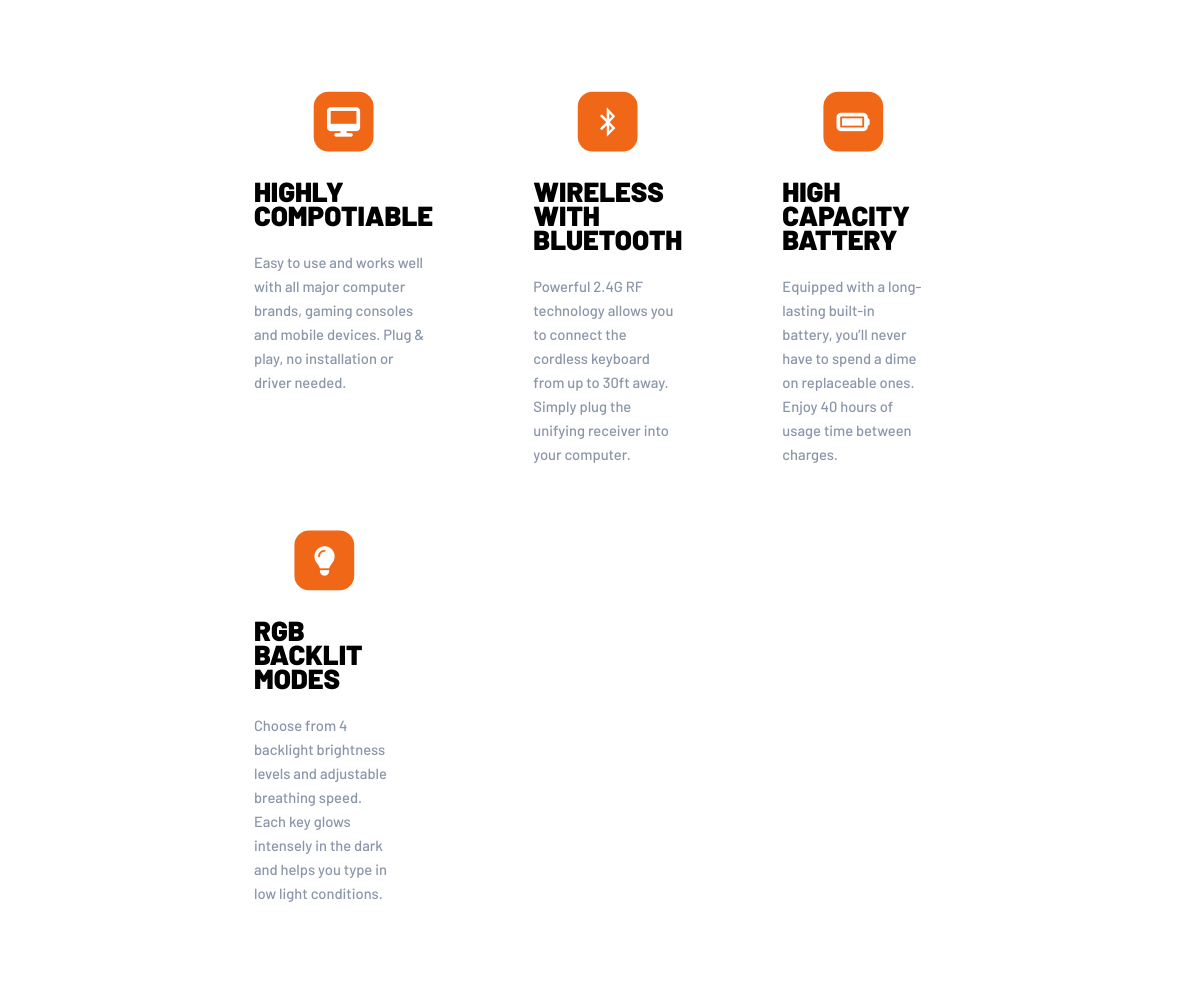
Repository: PeriAksoy/Figma
Page: figma1.html
These files come from the project's save history. The page is drawn as it stood at one moment and after the next save; the edit follows.
The browser window is 1280 px wide. The pictures show the part of the page from y = 1841 to 2925 px (the page is 2925 px tall before and 2915 px after), at 92% of full size.
A picture or video elsewhere on the page could not be fetched, so the positions and the page height are approximate.

Above is the page before, as saved 2024-07-03 23:26:31.

After the next save:
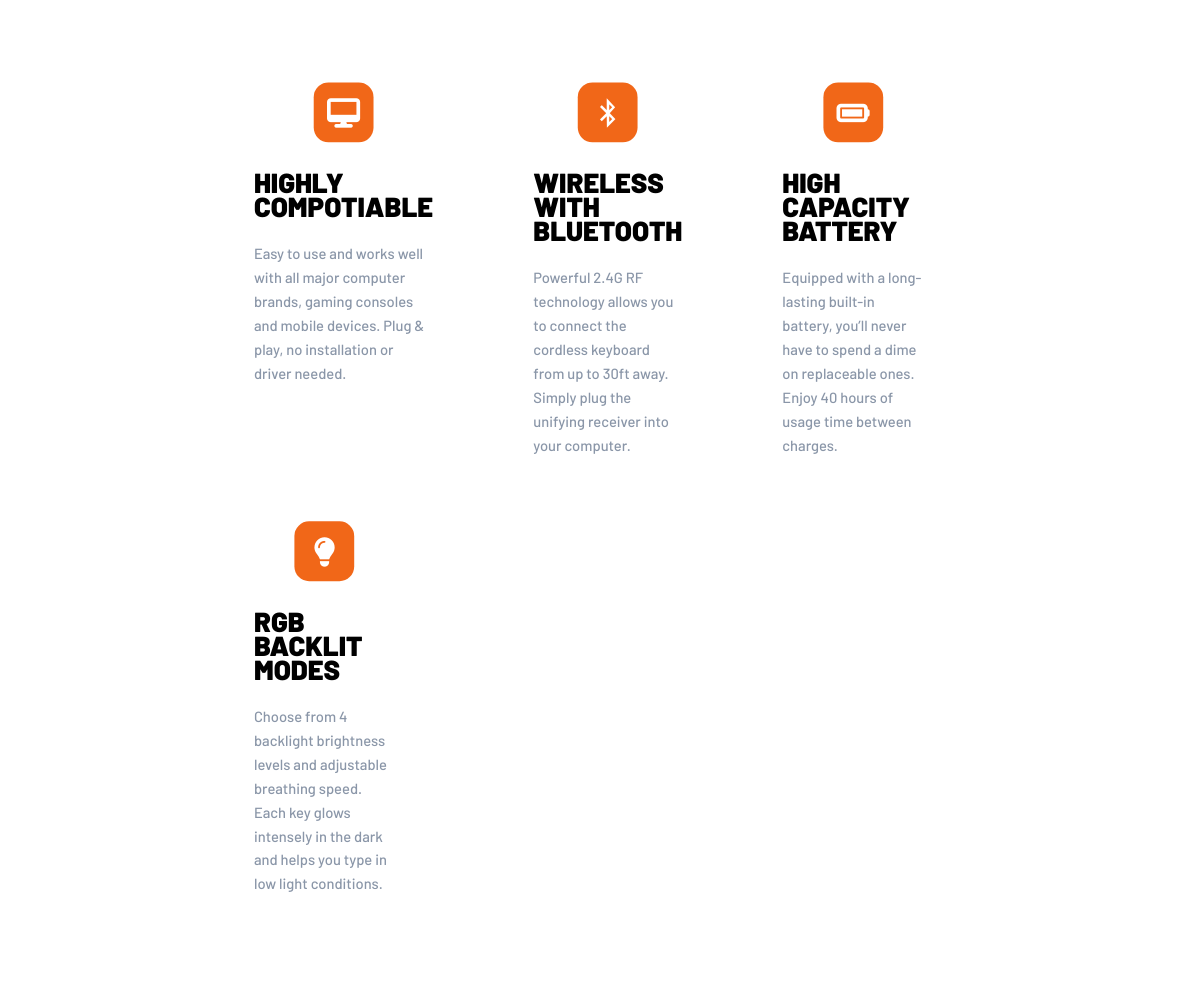
Saved 4 min 2 s later.
--- a/stylee.css
+++ b/stylee.css
@@ -180,7 +180,7 @@
     align-items: center;
     margin: 0 auto;
     width: 60%;
-    margin-top: 50px;
+    margin-top: 40px;
 }
 .boxes{
    flex-basis: 20%;
@@ -227,7 +227,7 @@
 
 @media screen and (max-width:1750px) {
       .second_text_box{
-
         text-align: left;
       }
-}
+
+}
